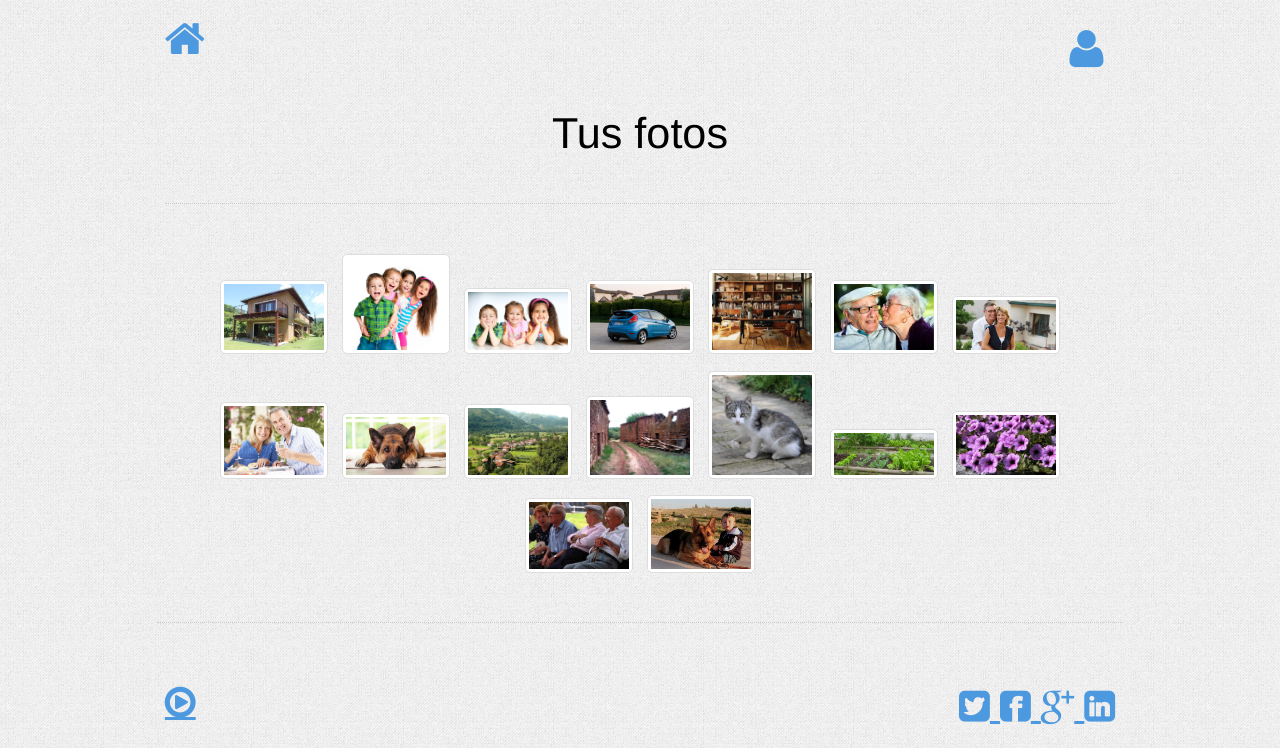
Repository: SCeruso/RememberMe
Page: presentacion_imagenes.html
The author's editor kept a record of every edit. The page is drawn from the files as they stood at one moment, then again after the next edit.
The browser window is 1280 px wide. The pictures show the whole page.
Some web libraries are served in a nearby version.

Above is the page before.

### presentacion_imagenes.html
<!DOCTYPE html>
<html>
<head>
	<!-- META -->
	<title>HTML KickStart Elements</title>
	<meta charset="UTF-8">
	<meta name="viewport" content="width=device-width, initial-scale=1.0"/>
	<meta name="description" content="" />

	<!-- CSS -->
	<link rel="stylesheet" type="text/css" href="css/kickstart.css" media="all" />
	<link rel="stylesheet" type="text/css" href="style.css" media="all" />

	<!-- Javascript -->
	<script type="text/javascript" src="https://ajax.googleapis.com/ajax/libs/jquery/1.9.1/jquery.min.js"></script>
	<script type="text/javascript" src="js/kickstart.js"></script>

</head>
<body>
<div class="grid">
    <div class="col_12">
            <h2 class="left">
                <a href="juegosde.html">
                    <i class="icon-home pull-left"></i>
                </a>
		<a href = "perfil.html">
                <i class="icon-user icon-border pull-right"></i>
		</a>
            </h2>
    </div>
	<div class="col_12">
            <h2 class="center">
        	        <p>Tus fotos</p>
        	    </h2>
		<hr/>
	</div>
	<div class="col_12">
      <div class="gallery center">

		<a href="Galeria/micasa.jpg"><img src="Galeria/micasa.jpg" width="100" height="100" /></a>
		<a href="Galeria/nietos1.jpg"><img src="Galeria/nietos1.jpg" width="100" height="100" /></a>
		<a href="Galeria/nietos2.jpg"><img src="Galeria/nietos2.jpg" width="100" height="100" /></a>
		<a href="Galeria/micoche.jpg"><img src="Galeria/micoche.jpg" width="100" height="100" /></a>
		<a href="Galeria/oficina.jpg"><img src="Galeria/oficina.jpg" width="100" height="100" /></a>
		<a href="Galeria/pareja.jpg"><img src="Galeria/pareja.jpg" width="100" height="100" /></a>
		<a href="Galeria/descarga.jpg"><img src="Galeria/descarga.jpg" width="100" height="100" /></a>
		<a href="Galeria/sonrisa.jpg"><img src="Galeria/sonrisa.jpg" width="100" height="100" /></a>
		<a href="Galeria/perro.jpg"><img src="Galeria/perro.jpg" width="100" height="100" /></a>
		<a href="Galeria/pueblo.jpg"><img src="Galeria/pueblo.jpg" width="100" height="100" /></a>
		<a href="Galeria/pueblo2.jpg"><img src="Galeria/pueblo2.jpg" width="100" height="100" /></a>
		<a href="Galeria/gato.jpg"><img src="Galeria/gato.jpg" width="100" height="100" /></a>
		<a href="Galeria/huerta.jpg"><img src="Galeria/huerta.jpg" width="100" height="100" /></a>
		<a href="Galeria/floreslilas.jpg"><img src="Galeria/floreslilas.jpg" width="100" height="100" /></a>
		<a href="Galeria/ancianos1.jpg"><img src="Galeria/ancianos1.jpg" width="100" height="100" /></a>
		<a href="Galeria/perro2.jpg"><img src="Galeria/perro2.jpg" width="100" height="100" /></a>
		</div>

	</div>

    <hr />
    <div class="col_12">
    </div>
    <div class="col_12">
        <h3 class="right">
            <a href = "http://www.twitter.com" target = "blank"><i class="icon-twitter-sign"></i>
            <a href = "http://www.facebook.com" target = "blank"><i class="icon-facebook-sign"></i>
            <a href = "http://www.google.com" target = "blank"><i class="icon-google-plus"></i>
            <a href = "http://www.linkedin.com" target = "blank"><i class="icon-linkedin-sign"></i>

	    <i class=" icon-play-circle pull-left"></i>
        </h3>
    </div>
</div> <!-- End Grid -->
</body>
</html>

### style.css
/*
	99Lime.com HTML KickStart by Joshua Gatcke
	style.css

*/

/*---------------------------------
	IMPORTS
-----------------------------------*/
@import url(http://fonts.googleapis.com/css?family=Arimo:400,700);

/*---------------------------------
	OVERRIDES
-----------------------------------*/
h1,h2,h3,h4,h5,h6{
font-family: "Arimo", arial, verdana, sans-serif;
font-weight:normal;
}

thead th,
tbody th{
font-family: "Arimo", arial, verdana, sans-serif;
}

button,
a.btn,
input[type="submit"],
input[type="reset"],
input[type="button"]{
font-family: "Arimo", arial, verdana, sans-serif;
}

.menu{
font-family: "Arimo", arial, verdana, sans-serif;
}

blockquote{
font-family: "Arimo", arial, verdana, sans-serif;
}

/*---------------------------------
	LAYOUT
-----------------------------------*/
body{
margin:0;
padding:0 0 0 0;
color:#000;
/*background-repeat:repeat;*/
background:#efefef url(css/img/gray_jean.png);
/*background-size:cover;*/
/*background-image:url(css/img/gray_jean.png);*/
font:normal 0.9em/150% 'Arimo', arial, verdana, sans-serif;
text-shadow: 0 0 1px transparent; /* google font pixelation fix */
}

#wrap{
width:100%;
background:#fff;
margin:30px auto 30px auto;
padding:0 2%;
border:1px solid #ccc;
}


#footer{
text-align:center;
padding:20px;
margin:0;
border-top:1px solid #ddd;
color:#999;
font-size:0.8em;
text-shadow:0px 1px 1px #fff;
position: relative;
top:0;
left:0;
background:#fff;
}

	#link-top{
	display:none;
	}

/* NAV BAR*/
.navbar{
position:fixed;
top:0;
left:0;
width: 100%;
background:#000;
color:#fff;
z-index:1000;
}

	.navbar #logo{
	position:absolute;
	top:0;
	right:0;
	padding:0.5em 1em;
	font-size: 1.7em;
	color:#efefef;
	text-decoration:none;
	}

	.navbar span{
	color:#86dc00;
	}


	.navbar ul{
	display:inline-block;
	margin:0;
	padding:0;
	}

		.navbar li{
		margin:0;
		padding:0;
		list-style-type:0;
		display:inline-block;
		}

		.navbar li a{
		display:inline-block;
		color:#efefef;
		padding:1em 1.3em;
		text-decoration:none;
		text-transform: uppercase;
		line-height:100%;
		font-size: 1.2em;
		}

.callout{
background:#4598ef;/*#86dc00;*/
padding:3em 0;
color:#fff;
box-shadow:inset 0 0 10px rgba(0,0,0,0.2);
text-align: center;
text-shadow:0px 1px 3px rgba(0,0,0,0.2);
display:block;
}
	.callout + div.grid{margin-top:50px;}
	 a.callout{cursor:pointer;}
	 .callout i.icon-4x{font-size:6em;}
	 .callout h4{margin-bottom:30px;}
	 .callout-top{margin:50px 0 0 0;}
	 .callout p{margin-bottom:0;}
	 .callout .button{margin-top:10px;}
	 .callout.green{background:#19ad0b;/*#86dc00;*/}

#mc_embed_signup{
padding:30px 0;
}

#ui-preview{
border:5px solid #ddd;
margin:30px 0;
display:block;
}

### css/kickstart-forms.css
/*---------------------------------
	FORMS
-----------------------------------*/
form{
padding:0;
margin:0;
}

fieldset{
margin:30px 0 20px 0;
padding:5px 15px 15px 15px;
border:1px solid #ccc;
background:#f5f5f5;
-moz-border-radius:5px;
-webkit-border-radius:5px;
border-radius:5px;
position: relative;
top:0;
left:0;
}

	legend{
	-moz-border-radius:5px;
	-webkit-border-radius:5px;
	border-radius:5px;
	border:1px solid #ccc;
	background:#f5f5f5;
	padding:2px 10px;
	margin:0 0 0 0;
	display:block;
	position: relative;
	top:0;
	left:0;
	}

	/*IE ONLY - I know, this is a stop gap*/
	.msie fieldset{padding-top:25px;}
	.msie legend{position:absolute;top:-0.7em;left:10px;}

label{
display:inline-block;
*display:inline;
vertical-align: middle;
margin:0;
padding:0;
position:relative;
top:0;
left:0;
zoom:1;
-moz-box-sizing: border-box;
-webkit-box-sizing: border-box;
box-sizing: border-box;
}

	label.inline{
	display:inline;
	margin:0;
	}

	label span{
	color:#999;
	font-size:0.9em;
	}

	label span.right{
	position:absolute;
	bottom:0;
	right:0;
	text-align:right;
	display:inline-block;
	*display:inline;
	}

	label.disabled{
	color:#ccc;
	}

input{
display:inline-block;
*display:inline;
vertical-align: middle;
width:auto;
zoom:1;
margin:0;
border:1px solid #ccc;
font-size:1em;
padding:5px 0;
text-indent: 5px;
-moz-border-radius:5px;
-webkit-border-radius:5px;
border-radius:5px;
background:#fff;
-moz-box-shadow:inset 0 0 6px #ccc;
-webkit-box-shadow:inset 0 1px 6px #ccc;
box-shadow:inset 0 1px 6px #ccc;
-moz-box-sizing: border-box;
-webkit-box-sizing: border-box;
box-sizing: border-box;
}

	input::-webkit-input-placeholder,
	input:-moz-placeholder,
	.placeholder{
	color:#bbb;
	}

	input::-moz-focus-inner {border:0;}

	input[disabled="disabled"], input.disabled{
	color:#999;
	background:#f5f5f5;
	-moz-box-shadow:inset 0 0 2px #ddd;
	-webkit-box-shadow:inset 0 1px 2px #ddd;
	box-shadow:inset 0 1px 2px #ddd;
	}

	/* FOCUS STATES */
	input[type="text"]:focus,
	textarea:focus,
	button:focus,
	a.button:focus,
	select:focus,
	input[type="file"]:focus,
	input[type="password"]:focus{
	-webkit-box-shadow: 0 0 7px #6DB9FF;
	-moz-box-shadow   : 0 0 7px #6DB9FF;
	box-shadow        : 0 0 7px #6DB9FF;
	border: 1px solid #50B1FE;
	outline: none;
	}

	/* TRANSITION */
	input[type="text"],
	textarea,
	button,
	a.button,
	a,
	input[type="file"]{
	-moz-transition: -moz-box-shadow 0.5s, border 0.5s, background 0.5s;
	-webkit-transition: -webkit-box-shadow 0.5s, border 0.5s, background 0.5s;
	-o-transition:  box-shadow 0.5s, border 0.5s, background 0.5s;
	transition: box-shadow 0.5s, border 0.5s, background 0.5s;
	}

input.checkbox,
input[type="checkbox"]{
display:inline;
width:auto;
margin:0;
padding:0;
border:0;
background:none;
vertical-align:center;
*vertical-align: top;
}

input.radio,
input[type="radio"]{
display:inline;
width:auto;
margin:0;
padding:0;
border:0;
background:none;
vertical-align:center;
*vertical-align: top;
}

	input[type="radio"]:focus,
	input[ type="checkbox"]:focus{
	-webkit-box-shadow: 0 0 5px #6DB9FF;
	-moz-box-shadow   : 0 0 5px #6DB9FF;
	box-shadow        : 0 0 5px #6DB9FF;
	outline-color: #6DB9FF;
	}

input.file,
input[type="file"]{
/*font-size:0.8em;*/
-moz-box-shadow:none;
-webkit-box-shadow:none;
box-shadow:none;
border:none;
}

select{
display:inline;
width:auto;
margin:0;
border:1px solid #ccc;
line-height:100%;
padding:3px;
vertical-align: middle;
}

        select[disabled="disabled"], select.disabled{
        color:#999;
        background:#f5f5f5;
        -moz-box-shadow:inset 0 0 2px #ddd;
        -webkit-box-shadow:inset 0 1px 2px #ddd;
        box-shadow:inset 0 1px 2px #ddd;
        }

textarea{
width:auto;
height:200px;
margin:0;
border:1px solid #ccc;
padding:5px;
vertical-align: middle;
font-family:inherit;
font-size:0.9em;
-moz-border-radius:5px;
-webkit-border-radius:5px;
border-radius:5px;
-moz-box-shadow:inset 0 0 6px #ccc;
-webkit-box-shadow:inset 0 1px 6px #ccc;
box-shadow:inset 0 1px 6px #ccc;
-moz-box-sizing: border-box;
-webkit-box-sizing: border-box;
box-sizing: border-box;
}

/*---------------------------------
	COLUMN SIZES
-----------------------------------*/

/* sizes */
input[class*="col_"],
select[class*="col_"],
label[class*="col_"]{
float:none;display:inline-block;*display:inline;margin-bottom:0;
*margin-left: 0.5%;*margin-right: 0.5%;/* this is for IE 7 Only and is not a good fix - work needed here */
}

/*---------------------------------
	FORMS VERTICAL
-----------------------------------*/
form.vertical{

}

	form.vertical label{display:block;}
	form.vertical input,
	form.vertical select,
	form.vertical textarea{width:100%;display:block;margin-bottom:10px;}
	form.vertical .chzn-container{display:block;margin-bottom:10px;}
	form.vertical .chzn-choices{display:block;margin-bottom:10px;}

	/* radios & checks */
	form.vertical input.checkbox,
	form.vertical input[type="checkbox"],
	form.vertical input.radio,
	form.vertical input[type="radio"],
	form.vertical label.inline{display:inline;width:auto;margin:0;}
/*---------------------------------
	FORM VALIDATION
-----------------------------------*/
label.error{color:red;}
input.error{border:1px solid red;}
select.error{border:1px solid red;}

/*---------------------------------
	NOTICES
-----------------------------------*/
.notice{
border:1px solid gold;
background:lightyellow;
padding:10px 20px 10px 40px;
margin:10px 0;
-moz-border-radius:5px;
-webkit-border-radius:5px;
border-radius:5px;
color:#DEAE00;
line-height:120%;
vertical-align: center;
text-shadow:0px 1px rgba(255,255,255,0.5);
position:relative;
top:0;
left:0;
clear:both;
}

	.notice.warning{}/*default*/
	.notice.error{border:1px solid red;background:pink;color:red;}
	.notice.success{border:1px solid green;background:lightgreen;color:green;}
	.notice i[class^='icon-']{position:absolute;top:50%;left:0.8em;margin-top:-0.6em;}
	.notice a[class^='icon-remove'],
	.notice a[class^='icon-remove']:active,
	.notice a[class^='icon-remove']:visited{font-size:12px;position:absolute;top:5px;right:5px;left:auto;color:inherit;margin-top:0;left:auto;}

### css/kickstart-grid.css
/*
	99Lime.com HTML KickStart by Joshua Gatcke
	kickstart-grids.css

	DO NOT EDIT THIS FILE unless you know what you are doing.
*/
/*---------------------------------
	GRID/COLUMNS
-----------------------------------
	tinyfluidgrid.com
	& girlfriendnyc.com
	with changes by 99Lime
-----------------------------------*/
 /*
 & Columns : 12
 & Gutter %: 20%
 & MaxWidth: 1280px
 */

.grid{
max-width:1220px;
margin:0 auto;
padding:0 2em;
}

.grid.flex{
width:100%;
max-width:100%;
padding:0 2%;
padding:2em;
}

.row{
display:block;
overflow:hidden;
clear:both;
}

*[class*="col_"].alpha{margin-left:0;}
*[class*="col_"].omega{margin-right:0;}

.col_1  { width: 6.6666666666667%; }
.col_2  { width: 15%; }
.col_3  { width: 23.333333333333%; }
.col_4  { width: 31.666666666667%; }
.col_5  { width: 40%; }
.col_6  { width: 48.333333333333%; }
.col_7  { width: 56.666666666667%; }
.col_8  { width: 65%; }
.col_9  { width: 73.333333333333%; }
.col_10 { width: 81.666666666667%; }
.col_11 { width: 90%; }
.col_12 { width: 98.333333333333%; }

*[class*="col_"]{
margin-left: 0.83333333333333%;
margin-right: 0.83333333333333%;
margin-top:0.5em;
margin-bottom:0.5em;
float: left;
display: block;
}

.grid img{
max-width: 100%;
height:auto;
}

.clear{clear:both;display:block;overflow:hidden;visibility:hidden;width:0;height:0}
.clearfix:after{clear:both;content:' ';display:block;font-size:0;line-height:0;visibility:hidden;width:0;height:0}
* html .clearfix, *:first-child+html .clearfix{zoom:1}

/* Viewable Grids
	To view your grids, add the class .visible to any grid container.
	This will add a background color so you can see the layout of your grids.
*/
*[class*="col_"].visible{
background:#eee;
border:1px dotted #ccc;
}


/*---------------------------------
	Responsive Grid Media Queries - 1280, 1024, 768, 480
	1280-1024 	- desktop (default grid)
	1024-768 	- tablet landscape
	768-480 	- tablet
	480-less 	- phone landscape & smaller
-----------------------------------*/
@media all and (min-width: 1024px) and (max-width: 1280px) {

	.grid *[class*="col_"]{}
	.grid{max-width: 1024px;}
	.show-desktop	{display:block;}
	.hide-desktop	{display:none;}
	.show-tablet	{display:none;}
	.hide-tablet	{display:block;}
	.show-phone		{display:none;}
	.hide-phone		{display:block;}

}

@media all and (min-width: 768px) and (max-width: 1024px) {

	.grid *[class*="col_"]{}
	.grid{max-width: 768px;}
	.show-desktop	{display:none;}
	.hide-desktop	{display:block;}
	.show-tablet	{display:block;}
	.hide-tablet	{display:none;}
	.show-phone		{display:none;}
	.hide-phone		{display:block;}

}


@media all and (min-width: 480px) and (max-width: 768px) {

	.grid *[class*="col_"]{
	float:none;
	width:auto;
	clear:both;
	display:block;
	}

	/* columns inside of columns */
	.grid *[class*="col_"] [class*="col_"]{
	margin-left:0;
	margin-right:0;
	width:100%;
	}

	.grid{max-width: 480px;}
	.show-desktop	{display:none;}
	.hide-desktop	{display:block;}
	.show-tablet	{display:block;}
	.hide-tablet	{display:none;}
	.show-phone		{display:none;}
	.hide-phone		{display:block;}

}

@media all and (max-width: 480px) {

	.grid *[class*="col_"]{
	float:none;
	width:auto;
	clear:both;
	display:block;
	}

	/* columns inside of columns */
	.grid *[class*="col_"] [class*="col_"]{
	margin-left:0;
	margin-right:0;
	width:100%;
	}

	.grid{max-width: 100%;/*320*/}
	.show-desktop	{display:none;}
	.hide-desktop	{display:block;}
	.show-tablet	{display:none;}
	.hide-tablet	{display:block;}
	.show-phone		{display:block;}
	.hide-phone		{display:none;}

}

### css/kickstart-slideshow.css
/*---------------------------------
	SLIDESHOW2 - Slight Fixes for the slideshow layout *needs work
-----------------------------------*/

	.slideshow{
	clear:both;
	margin:0;
	padding:0;
	width:auto;
	height:auto;
	overflow:hidden;
	}

		.slideshow li{
		list-style-type:none;
		margin:0;
		padding:0;
		float:left;
		display:block;
		}

/**
 * BxSlider v4.0 - Fully loaded, responsive content slider
 * http://bxslider.com
 *
 * Written by: Steven Wanderski, 2012
 * http://stevenwanderski.com
 * (while drinking Belgian ales and listening to jazz)
 *
 * CEO and founder of bxCreative, LTD
 * http://bxcreative.com
 */


/** RESET AND LAYOUT
===================================*/
.bx-wrapper, .bx-wrapper *{
	-webkit-box-sizing: content-box; /* Safari/Chrome, other WebKit */
  	-moz-box-sizing: content-box;    /* Firefox, other Gecko */
  	box-sizing: content-box;         /* Opera/IE 8+ */
}

.bx-wrapper {
	position: relative;
	margin: 0 0 60px;
	padding: 0;
	*zoom: 1;
}

.bx-wrapper img {
	width: 100%;
	display: block;
}

/** THEME
===================================*/

.bx-wrapper .bx-viewport {
	-moz-box-shadow: 0 0 5px #ccc;
	-webkit-box-shadow: 0 0 5px #ccc;
	box-shadow: 0 0 5px #ccc;
	border: solid #fff 5px;
	left: 0;
	background: #fff;
}

.bx-wrapper .bx-pager,
.bx-wrapper .bx-controls-auto {
	position: absolute;
	bottom: -30px;
	width: 100%;
}

/* LOADER */

.bx-wrapper .bx-loading {
	min-height: 50px;
	background: url(img/bx_loader.gif) center center no-repeat #fff;
	height: 100%;
	width: 100%;
	position: absolute;
	top: 0;
	left: 0;
	z-index: 2000;
}

/* PAGER */

.bx-wrapper .bx-pager {
	text-align: center;
	font-size: .85em;
	font-family: Arial;
	font-weight: bold;
	color: #666;
	padding-top: 20px;
}

.bx-wrapper .bx-pager .bx-pager-item,
.bx-wrapper .bx-controls-auto .bx-controls-auto-item {
	display: inline-block;
	*zoom: 1;
	*display: inline;
}

.bx-wrapper .bx-pager.bx-default-pager a {
	background: #666;
	text-indent: -9999px;
	display: block;
	width: 10px;
	height: 10px;
	margin: 0 5px;
	outline: 0;
	-moz-border-radius: 5px;
	-webkit-border-radius: 5px;
	border-radius: 5px;
}

.bx-wrapper .bx-pager.bx-default-pager a:hover,
.bx-wrapper .bx-pager.bx-default-pager a.active {
	background: #000;
}

/* DIRECTION CONTROLS (NEXT / PREV) */

.bx-wrapper .bx-prev {
	left: 10px;
	background: url(img/controls.png) no-repeat 0 -32px;
}

.bx-wrapper .bx-next {
	right: 10px;
	background: url(img/controls.png) no-repeat -43px -32px;
}

.bx-wrapper .bx-prev:hover {
	background-position: 0 0;
}

.bx-wrapper .bx-next:hover {
	background-position: -43px 0;
}

.bx-wrapper .bx-controls-direction a {
	position: absolute;
	top: 50%;
	margin-top: -16px;
	outline: 0;
	width: 32px;
	height: 32px;
	text-indent: -9999px;
	z-index: 9999;
}

.bx-wrapper .bx-controls-direction a.disabled {
	display: none;
}

/* AUTO CONTROLS (START / STOP) */

.bx-wrapper .bx-controls-auto {
	text-align: center;
}

.bx-wrapper .bx-controls-auto .bx-start {
	display: block;
	text-indent: -9999px;
	width: 10px;
	height: 11px;
	outline: 0;
	background: url(img/controls.png) -86px -11px no-repeat;
	margin: 0 3px;
}

.bx-wrapper .bx-controls-auto .bx-start:hover,
.bx-wrapper .bx-controls-auto .bx-start.active {
	background-position: -86px 0;
}

.bx-wrapper .bx-controls-auto .bx-stop {
	display: block;
	text-indent: -9999px;
	width: 9px;
	height: 11px;
	outline: 0;
	background: url(img/controls.png) -86px -44px no-repeat;
	margin: 0 3px;
}

.bx-wrapper .bx-controls-auto .bx-stop:hover,
.bx-wrapper .bx-controls-auto .bx-stop.active {
	background-position: -86px -33px;
}

/* PAGER WITH AUTO-CONTROLS HYBRID LAYOUT */

.bx-wrapper .bx-controls.bx-has-controls-auto.bx-has-pager .bx-pager {
	text-align: left;
	width: 80%;
}

.bx-wrapper .bx-controls.bx-has-controls-auto.bx-has-pager .bx-controls-auto {
	right: 0;
	width: 35px;
}

/* IMAGE CAPTIONS */

.bx-wrapper .bx-caption {
	position: absolute;
	bottom: 0;
	left: 0;
	background: #666\9;
	background: rgba(80, 80, 80, 0.75);
	width: 100%;
}

.bx-wrapper .bx-caption span {
	color: #fff;
	font-family: Arial;
	display: block;
	font-size: .85em;
	padding: 10px;
}

### css/tiptip.css
/*
	TipTip CSS - Version 1.2
	http://code.drewwilson.com/entry/tiptip-jquery-plugin
*/

#tiptip_holder { display: none; position: absolute; top: 0; left: 0; z-index: 99999; }
#tiptip_holder.tip_top { padding-bottom: 5px; }
#tiptip_holder.tip_bottom { padding-top: 5px; }
#tiptip_holder.tip_right { padding-left: 5px; }
#tiptip_holder.tip_left { padding-right: 5px; }

#tiptip_content {
font-size: 11px;
color: #fff;
text-shadow: 0 0 2px #000;
padding: 4px 8px;
border: 1px solid rgba(255,255,255,0.25);
background:#212121;
background-color: rgba(25,25,25,0.92);
background-image: -webkit-gradient(linear, 0% 0%, 0% 100%, from(transparent), to(#000));
-webkit-border-radius: 3px;
-moz-border-radius: 3px;
border-radius: 3px;
-webkit-box-shadow: 0 0 3px #555;
-moz-box-shadow: 0 0 3px #555;
box-shadow: 0 0 3px #555;
*background:#212121;
}

#tiptip_arrow, #tiptip_arrow_inner {
position: absolute;
border-color: transparent;
border-style: solid;
border-width: 6px;
height: 0;
width: 0;
}

#tiptip_holder.tip_top #tiptip_arrow {
border-top-color: #fff;
border-top-color: rgba(255,255,255,0.35);
}

#tiptip_holder.tip_bottom #tiptip_arrow {
border-bottom-color: #fff;
border-bottom-color: rgba(255,255,255,0.35);
}

#tiptip_holder.tip_right #tiptip_arrow {
border-right-color: #fff;
border-right-color: rgba(255,255,255,0.35);
}

#tiptip_holder.tip_left #tiptip_arrow {
border-left-color: #fff;
border-left-color: rgba(255,255,255,0.35);
}

#tiptip_holder.tip_top #tiptip_arrow_inner {
margin-top: -7px;
margin-left: -6px;
border-top-color: rgb(25,25,25);
border-top-color: rgba(25,25,25,0.92);
}

#tiptip_holder.tip_bottom #tiptip_arrow_inner {
margin-top: -5px;
margin-left: -6px;
border-bottom-color: rgb(25,25,25);
border-bottom-color: rgba(25,25,25,0.92);
}

#tiptip_holder.tip_right #tiptip_arrow_inner {
margin-top: -6px;
margin-left: -5px;
border-right-color: rgb(25,25,25);
border-right-color: rgba(25,25,25,0.92);
}

#tiptip_holder.tip_left #tiptip_arrow_inner {
margin-top: -6px;
margin-left: -7px;
border-left-color: rgb(25,25,25);
border-left-color: rgba(25,25,25,0.92);
}

/* Webkit Hacks  */
@media screen and (-webkit-min-device-pixel-ratio:0) {
	#tiptip_content {
		padding: 4px 8px 5px 8px;
		background-color: rgba(45,45,45,0.88);
	}
	#tiptip_holder.tip_bottom #tiptip_arrow_inner {
		border-bottom-color: rgba(45,45,45,0.88);
	}
	#tiptip_holder.tip_top #tiptip_arrow_inner {
		border-top-color: rgba(20,20,20,0.92);
	}
}

Loaded but not shown: css/jquery.fancybox-1.3.4.css (library); css/prettify.css (common file); css/fonts/fontawesome/css/font-awesome.min.css (library); js/kickstart.js (424 lines, source omitted); css/kickstart-buttons.css (369 lines, source omitted); css/kickstart.css (508 lines, source omitted); css/kickstart-menus.css (180 lines, source omitted)

After the next edit:
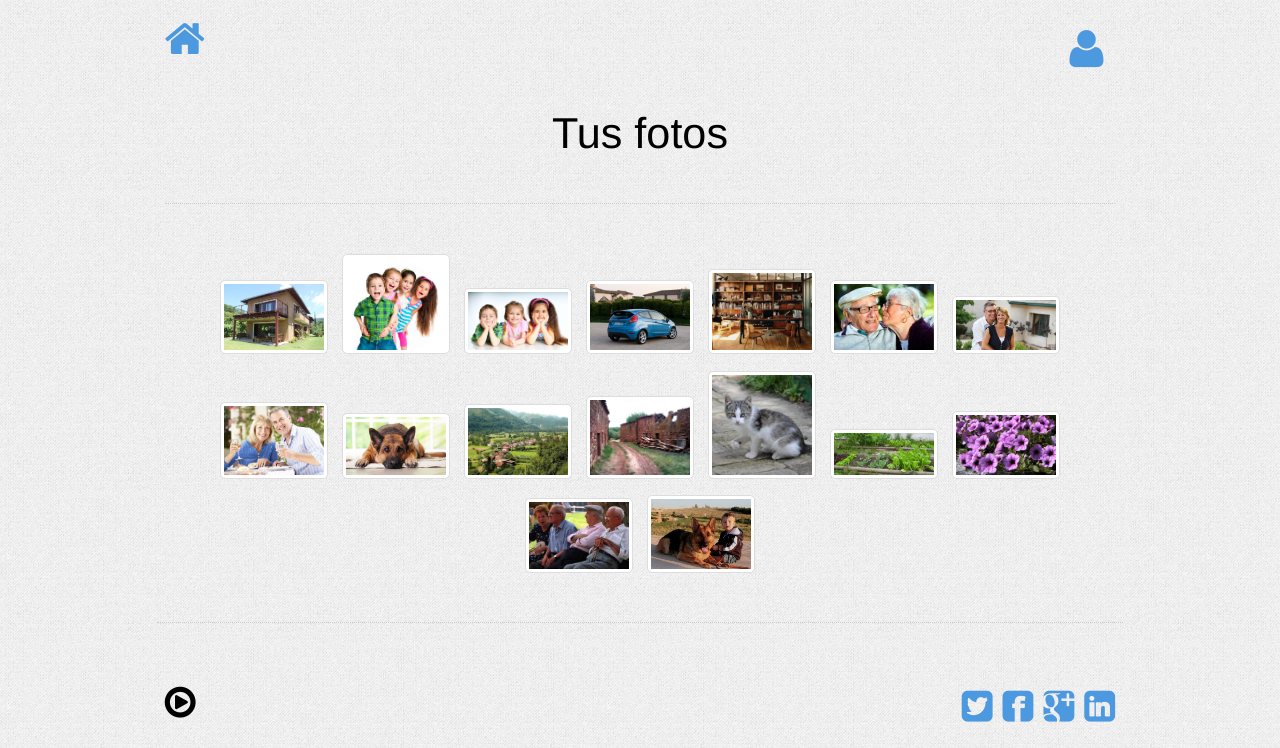
The edit:
--- a/presentacion_imagenes.html
+++ b/presentacion_imagenes.html
@@ -62,10 +62,10 @@
     </div>
     <div class="col_12">
         <h3 class="right">
-            <a href = "http://www.twitter.com" target = "blank"><i class="icon-twitter-sign"></i>
-            <a href = "http://www.facebook.com" target = "blank"><i class="icon-facebook-sign"></i>
-            <a href = "http://www.google.com" target = "blank"><i class="icon-google-plus"></i>
-            <a href = "http://www.linkedin.com" target = "blank"><i class="icon-linkedin-sign"></i>
+            <a href = "http://www.twitter.com" target = "blank"><i class="icon-twitter-sign"></i></a>
+            <a href = "http://www.facebook.com" target = "blank"><i class="icon-facebook-sign"></i></a>
+            <a href = "http://www.google.com" target = "blank"><i class="icon-google-plus-sign"></i></a>
+            <a href = "http://www.linkedin.com" target = "blank"><i class="icon-linkedin-sign"></i></a>
 
 	    <i class=" icon-play-circle pull-left"></i>
         </h3>
